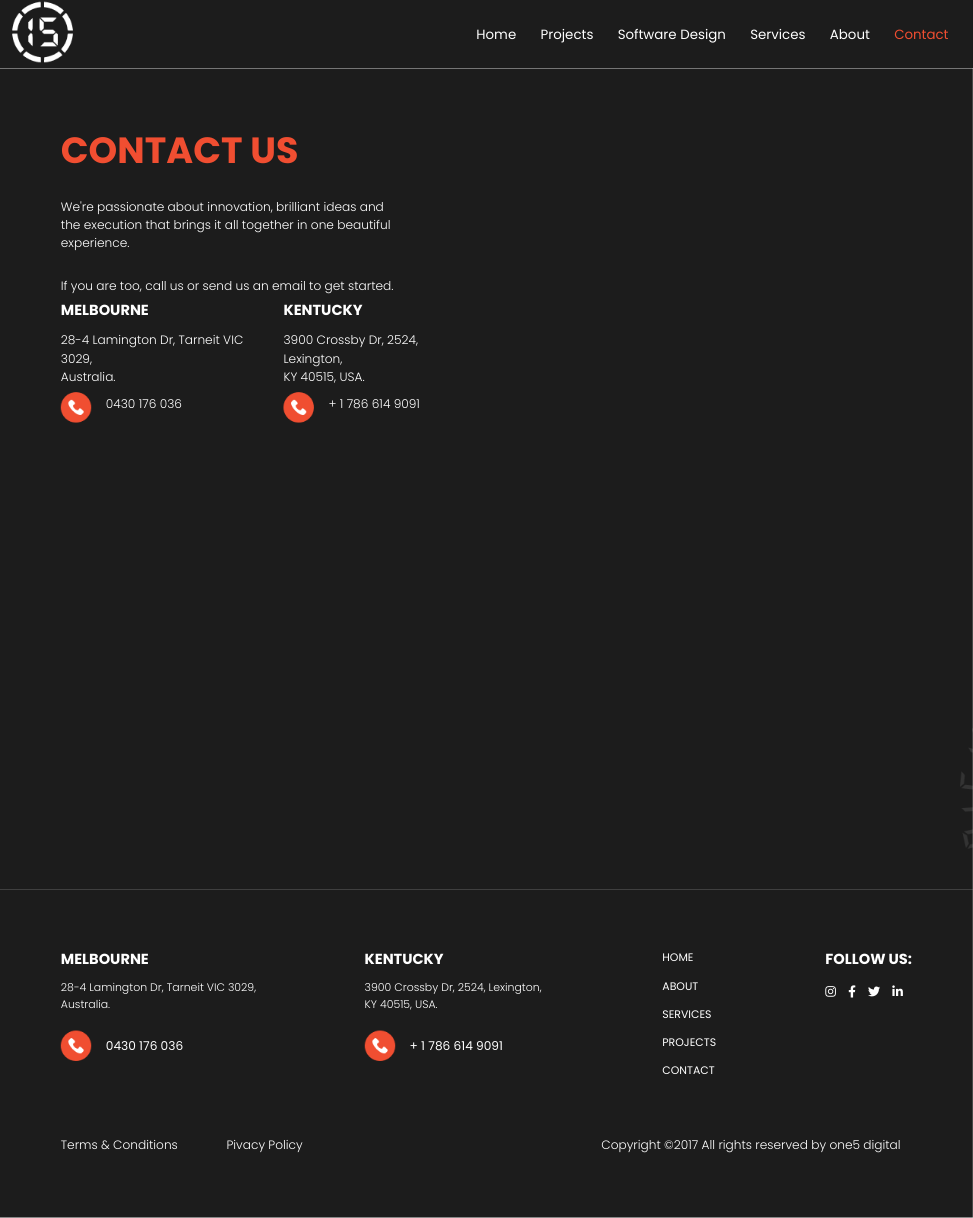
Repository: gopalpurohit54/one5
Page: /Contact
The author's editor kept a copy of each file at every save. The page is drawn from the files as they stood at one save, then again after the next save.
The browser window is 1280 px wide. The pictures show the whole page, at 76% of full size.
The project was rebuilt for these pictures with package versions that can differ from the ones it lists, and the page was loaded fresh each time. Also part of the build but not shown: src/components/Button.js, src/components/HeroSection.css, src/components/HeroSection.js, src/components/OurProjects.css, src/components/OurProjects.js, src/components/OurServices.js, src/components/AboutUs.css, src/components/AboutUs.js and 30 more.

Above is the page before, as saved 2021-06-22 14:08:30.

### src/index.css
@import url('https://fonts.googleapis.com/css2?family=Poppins:ital,wght@0,100;0,200;0,300;0,400;0,500;0,600;0,700;0,800;0,900;1,100;1,200;1,300;1,400;1,500;1,600;1,700;1,800;1,900&display=swap');

* {
  margin: 0;
  padding: 0;
  outline: none;
  font-family: 'Poppins', sans-serif;
  -webkit-font-smoothing: antialiased;
  -moz-osx-font-smoothing: grayscale;
}

code {
  font-family: source-code-pro, Menlo, Monaco, Consolas, 'Courier New',
    monospace;
}

.nav-item-active {
  color: #F04E31;
}

### src/components/App.js
import React from 'react';
import Header from '../components/Header';
import { BrowserRouter as Router, Switch, Route } from 'react-router-dom';
import './App.css';
import Home from '../components/Pages/Home';
import Footer from '../components/Footer';
import About from './Pages/About';
import Projects from './Pages/Projects';
import SoftwareDesign from './Pages/SoftwareDesign';
import Services from './Pages/Services';
import Contact from './Pages/Contact';

function App() {
  return (
    <Router>
      <Header />
      <Switch>
        <Route path='/' exact component= {Home} />
        <Route path='/About' exact component= {About} />
        <Route path='/Projects' exact component= {Projects} />
        <Route path='/SoftwareDesign' exact component= {SoftwareDesign} />
        <Route path='/Services' exact component= {Services} />
        <Route path='/Contact' exact component= {Contact} />
      </Switch>
      <Footer />
    </Router>
  );
}



export default App

### src/components/Header.js
import React, { useState, useEffect } from 'react';
import './Header.css';
import { NavLink } from 'react-router-dom';

function Header() {
    const [navbar, setHeader] = useState(false);

    const changeBackground = () => {
        console.log(window.scrollY)
    }

    window.addEventListener('scroll', changeBackground);

    return (
        <div className="header active">
            <div className="logo">
                <img src="./logo-white.png" />
            </div>
            <ul className="nav-items">
                <li className="nav-items"><NavLink exact to="/" className="nav-items" activeClassName="nav-item-active">Home</NavLink></li>
                <li className="nav-items"><NavLink exact to="/Projects" className="nav-items" activeClassName="nav-item-active">Projects</NavLink></li>
                <li className="nav-items"><NavLink exact to="/SoftwareDesign" className="nav-items" activeClassName="nav-item-active">Software Design</NavLink></li>
                <li className="nav-items"><NavLink exact to="/Services" className="nav-items" activeClassName="nav-item-active">Services</NavLink></li>
                <li className="nav-items"><NavLink exact to="/About" className="nav-items" activeClassName="nav-item-active">About</NavLink></li>
                <li className="nav-items"><NavLink exact to="/Contact" className="nav-items" activeClassName="nav-item-active">Contact</NavLink></li>
            </ul>
        </div>
    )
}

export default Header

### src/components/App.css

* {
    box-sizing: border-box;
    margin: 0;
    padding: 0;
    font-family: 'Poppins', sans-serif;
    /* background: #1c1c1c; */
  }

### src/components/Footer.js
import React from 'react';
import './Footer.css';
import { Link } from 'react-router-dom';

function Footer() {
    return (
        <div className="footer">
            <div className="footer-wrapper">
                <ul className="add-1">
                    <h6>MELBOURNE</h6>
                    <p>28-4 Lamington Dr, Tarneit VIC 3029, <br/> Australia.</p>
                    <div className="call"><img className="call-icon" src="./phone-icon.png" /> 0430 176 036 </div>
                </ul>
                <ul className="add-2">
                    <h6>KENTUCKY</h6>
                    <p>3900 Crossby Dr, 2524, Lexington, <br/> KY 40515, USA.</p>
                    <div className="call"><img className="call-icon" src="./phone-icon.png" /> + 1 786 614 9091 </div>
                </ul>
                <ul className="site-links">
                    <li><Link to="/" className="site-links">HOME</Link></li>
                    <li><Link to="/About" className="site-links">ABOUT</Link></li>
                    <li><Link to="/Services" className="site-links">SERVICES</Link></li>
                    <li><Link to="/Projects" className="site-links">PROJECTS</Link></li>
                    <li><Link to="/Contact" className="site-links">CONTACT</Link></li>
                </ul>
                <ul className="follow-us">
                    <h6>FOLLOW US:</h6>
                    <a className="social" href="#"><i class="fab fa-instagram"></i></a>
                    <a className="social" href="#"><i class="fab fa-facebook-f"></i></a>
                    <a className="social" href="#"><i class="fab fa-twitter"></i></a>
                    <a className="social" href="#"><i class="fab fa-linkedin-in"></i></a>
                </ul>
            </div>
            <div className="copyright">
                <div className="copy-left">
                    <p className="left-p1">Terms & Conditions</p>
                    <p className="left-p2">Pivacy Policy</p>
                </div>
                <div className="copy-right">
                    <p className="right-p">Copyright ©2017 All rights reserved by one5 digital</p>
                </div>
            </div>
        </div>
    )
}

export default Footer

### src/components/Pages/Contact.js
import React from 'react';
import '../App';
import ContactPage from '../ContactPage';

function Contact() {
    return (
            <React.Fragment>
                <ContactPage />
            </React.Fragment>
    )
}

export default Contact;

### src/components/Header.css
.header {
    background: transparent;
    color: white;
    display: flex;
    flex-direction: row;
    align-content: center;
    justify-content: space-between;
    align-items: center;
    padding: 1rem;
    position: sticky;
    top: 0;
    height: 90px;
}
.header.active {
    background: #1c1c1c;
}

.nav-items {
    display: flex;
    list-style: none;
    font-size:1.1rem;
    text-decoration: none;
    color: #fff;
}

li.nav-items{
    margin-bottom: 0;
}

li {
    padding-left: 1rem;
    padding-right: 1rem;
}

a.nav-items:hover {
    color: #F04E31;
    cursor: pointer;
}

.nav-item-active {
    color: #F04E31;
}

### src/components/Footer.css
.footer {
    padding: 5rem 5rem 1rem 5rem;
    background-color: #1c1c1c;
    height: 60vh;
    width: 100%;
    color: white;
}

.footer h6 {
    font-size: 1.2rem;
    line-height: 1.2;
    margin-bottom: 1rem;
}

.footer p {
    margin-bottom: 1.5rem;
    font-size: 1rem;
    line-height: 1.5;
    font-style: normal;
    font-weight: 300;
    padding-right: 15px;
}

.footer-wrapper {
    display: flex;
    flex: 1;
    flex-direction: row;
    align-content: center;
    justify-content: space-between;
    align-items: flex-start;
}

.add-1 p {
    font-size: 0.9rem;
}

.add-2 p {
    font-size: 0.9rem;
}

.call {
    display: flex;
    flex-direction: row;
    justify-content: flex-start;
    align-content: center;
    align-items: center;
}

.call:hover {
    color: #F04E31;
}

.follow-us p {
    font-size: 0.9rem;
}

i.fab.fa-instagram {
    padding: 0.5rem 0.5rem 0.5rem 0;
}

i.fab.fa-instagram:hover {
    color: #F04E31;
}

i.fab.fa-facebook-f {
    padding: 0.5rem;
}

i.fab.fa-facebook-f:hover {
    color: #F04E31;
}


i.fab.fa-twitter {
    padding: 0.5rem;
}

i.fab.fa-twitter:hover {
    color: #F04E31;
}


i.fab.fa-linkedin-in {
    padding: 0.5rem;
}

i.fab.fa-linkedin-in:hover {
    color: #F04E31;
}

img.call-icon {
    padding-right: 1.2rem;
}

.copyright {
    display: flex;
}

.copy-left {
    width: 50%;
    display: flex;
}

.copy-right {
    width: 50%;
}

p.left-p1 {
    margin-bottom: 0;
    padding-right: 4rem;
    line-height: 1;
    padding-top: 4rem;
}

p.left-p1:hover {
    color: #F04E31;
}

p.left-p2 {
    margin-bottom: 0;
    padding-right: 4rem;
    line-height: 1;
    padding-top: 4rem;
}

p.left-p2:hover {
    color: #F04E31;
}

p.right-p {
    margin-bottom: 0;
    line-height: 1;
    padding-top: 4rem;
    display: flex;
    justify-content: flex-end;
    align-content: center;
    align-items: center;
}

p.right-p:hover {
    color: #F04E31;
}

li {
    list-style: none;
    font-size: 0.9rem;
    margin-bottom: 1rem;
}

a.social{
    color: #fff;
}

.site-links {
    text-decoration: none;
    color: #fff;
}

.site-links:hover {
    color: #F04E31;
}

### src/components/ContactPage.js
import React from 'react';
import './ContactPage.css';

function ContactPage() {
    return (
        <div className="contactpage">
            <div className="con-left">
                <h1>CONTACT US</h1>
                <p>We're passionate about innovation, brilliant ideas and <br/>
                the execution that brings it all together in one beautiful <br/>
                experience.</p> <br/>
                <p>If you are too, call us or send us an email to get started.</p>
                <div className="con-wrapper">
                    <ul className="add-1">
                        <h6>MELBOURNE</h6>
                        <p>28-4 Lamington Dr, Tarneit VIC 3029, <br/> Australia.</p>
                        <div className="call"><img className="call-icon" src="./phone-icon.png" /> <p>0430 176 036</p> </div>
                    </ul>
                    <ul className="add-2">
                        <h6>KENTUCKY</h6>
                        <p>3900 Crossby Dr, 2524, Lexington, <br/> KY 40515, USA.</p>
                        <div className="call"><img className="call-icon" src="./phone-icon.png" /> <p>+ 1 786 614 9091</p> </div>
                    </ul>
                </div>
            </div>
            <div className="con-right">

            </div>
        </div>
    )
}

export default ContactPage

### src/components/OurServices.css
.our-services {
    padding: 5rem 5rem;
    height: 100vh;
    background-image: url('./assets/bg-white-mainpage.png');
}

.our-services h1 {
    margin-bottom: 2rem;
    font-size: 3rem;
    line-height: 1.2;
}

.our-services h6 {
    font-size: 1.2rem;
    line-height: 1.2;
    margin-bottom: 1rem;
}

p {
    margin-bottom: 1.5rem;
    font-size: 1rem;
    line-height: 1.5;
    font-style: normal;
    font-weight: 300;
    padding-right: 15px;
}

.service-wrapper {
    display: flex;
    flex: 1;
    margin-top: 3.5rem;
}

.service-1 p {
    font-size: 0.9rem;
}

.service-2 p {
    font-size: 0.9rem;
}

.service-3 p {
    font-size: 0.9rem;
}

.service-4 p {
    font-size: 0.9rem;
}

### src/components/Expertize.css
.expertize {
    padding: 5rem 5rem 5rem 0;
    height: 80vh;
    background-image: url('./assets/about-white.png');
    background-repeat: no-repeat;
    width: 100%;
    background-size: cover;
}

.expertize h1 {
    margin-bottom: 2rem;
    font-size: 3rem;
    line-height: 1.2;
    color: #000;
}

.expertize h6 {
    font-size: 1.2rem;
    line-height: 1.2;
    margin-bottom: 1rem;
    color: #000;
}

.expertize p {
    margin-bottom: 0.5rem;
    font-size: 1rem;
    line-height: 1.5;
    font-style: normal;
    font-weight: 300;
    padding-right: 15px;
    color: #000;
}

.exp-left{
    float: left;
    width: 50%;
}

.exp-right{
    float: right;
    width: 40%;
    align-content: flex-end;
}

.exp-img {
    height: 350px;
    margin-top: 2rem;
}

li.exp-items {
    color: #000;
    list-style: disc;
    font-size: 1rem;
}

::marker  {
    color: #F04E31;
}

### src/components/Solutions.css
.solutions {
    padding: 5rem 5rem;
    height: 100vh;
    background:#fff;
}

.solutions h1 {
    margin-bottom: 2rem;
    font-size: 3rem;
    line-height: 1.2;
}

.solutions h6 {
    font-size: 1.2rem;
    line-height: 1.2;
    margin-bottom: 1rem;
}

.solutions p {
    margin-bottom: 1.5rem;
    font-size: 1rem;
    line-height: 1.5;
    font-style: normal;
    font-weight: 300;
    padding-right: 15px;
}

.solution-wrapper {
    display: flex;
    flex: 1;
    margin-top: 3.5rem;
}

.solution-1 p {
    font-size: 0.9rem;
}

.solution-2 p {
    font-size: 0.9rem;
}

.solution-3 p {
    font-size: 0.9rem;
}

.solution-4 p {
    font-size: 0.9rem;
}

li.sol-items {
    color: #000;
    list-style: disc;
    font-size: 1rem;
}

::marker  {
    color: #F04E31;
}

ul.solution-1 {
    margin-right: 3rem;
    margin-left: 1rem;
}

ul.solution-2 {
    margin-right: 3rem;
}

ul.solution-3 {
    margin-right: 3rem;
}

### src/components/Benefits.css
.benefits {
    padding: 5rem 5rem;
    height: 100vh;
    background-image: url('./assets/ecombg.png');
    background-size: cover;
}

.benefits h1 {
    margin-bottom: 2rem;
    font-size: 3rem;
    line-height: 1.2;
    color: #fff;
}

.benefits h6 {
    font-size: 1.2rem;
    line-height: 1.2;
    margin-bottom: 1rem;
    margin-top: 1rem;
    color: #fff;
}

p {
    margin-bottom: 1.5rem;
    font-size: 1rem;
    line-height: 1.5;
    font-style: normal;
    font-weight: 300;
    padding-right: 15px;
    color: #fff;
}

.benefit-wrapper {
    display: flex;
    flex: 1;
    margin-top: 3.5rem;
}

.benefit-1 p {
    font-size: 0.9rem;
}

.benefit-2 p {
    font-size: 0.9rem;
}

.benefit-3 p {
    font-size: 0.9rem;
}

.benefit-4 p {
    font-size: 0.9rem;
}

.benefit-1, .benefit-2, .benefit-3, .benefit-4 {
    background-image: url(./assets/Ellipse-bg.png);
    background-size: cover;
    height: 260px;
    width: 260px;
    margin: 1rem;
    display: flex;
    flex-direction: column;
    align-content: center;
    justify-content: center;
    align-items: center;
    text-align: center;
}

.bene-desc {
    display: none;
}

h6.bene-hover {
    color: #F04E31;
    text-align: center;
}

p.hover-desc {
    font-size: 0.7rem;
    text-align: center;
}

.benefit-1:hover .bene-desc{
    display: block;
}

.benefit-1:hover .bene-visible{
    display: none;
}

.benefit-2:hover .bene-desc{
    display: block;
}

.benefit-2:hover .bene-visible{
    display: none;
}

.benefit-3:hover .bene-desc{
    display: block;
}

.benefit-3:hover .bene-visible{
    display: none;
}

.benefit-4:hover .bene-desc{
    display: block;
}

.benefit-4:hover .bene-visible{
    display: none;
}

### src/components/ContactPage.css
.contactpage {
    padding: 5rem;
    height: 150vh;
    background-image: url('./assets/contact-bg.png');
    background-repeat: no-repeat;
    width: 100%;
    background-size: cover;
}

.contactpage h1 {
    margin-bottom: 2rem;
    font-size: 3rem;
    line-height: 1.2;
    color: #F04E31;
}

.contactpage h6 {
    font-size: 1.2rem;
    line-height: 1.2;
    margin-bottom: 1rem;
    color: #fff;
}

.contactpage p {
    margin-bottom: 0.5rem;
    font-size: 1rem;
    line-height: 1.5;
    font-style: normal;
    font-weight: 300;
    padding-right: 15px;
    color: #fff;
}

.con-left{
    float: left;
    width: 50%;
}

.con-right{
    float: right;
    width: 40%;
}

.con-wrapper {
    display: flex;
}

### src/components/Button.css
:root {
    --primary: #F04E31;
}

.btn {
    padding: 8px 20px;
    border-radius: 30px;
    outline: none;
    border: none;
    cursor: pointer;
}

.btn--primary {
    background-color: var(--primary);
    color: #fff;
    border: 1px solid var(--primary);
}

.btn--outline {
    background-color: transparent;
    color: #F04E31;
    padding: 8px 20px;
    border: 1px solid var(--primary);
    transition: all 0.3s ease-out;
}


.btn--white {
    background-color: transparent;
    color: #fff;
    padding: 8px 20px;
    border: 1px solid #fff;
    transition: all 0.3s ease-out;
}

.btn--white:hover {
    background-color: #fff;
    color: #F04E31;
    transition: all 0.3s ease-out;
}

.btn--medium {
    padding: 8px 20px;
    font-size: 16px;
}

.btn--large {
    padding: 12px 26px;
    font-size: 16px;
}

.btn--medium:hover, .btn--large:hover {
    background: transparent;
    color: #F04E31;
    transition: all 0.3s ease-out;
}


.btn--outline:hover {
    background-color: #F04E31;
    color: #fff;
}

Loaded but not shown: public/index.html (common file); src/index.js (common file); src/reportWebVitals.js (common file)

After the next save:
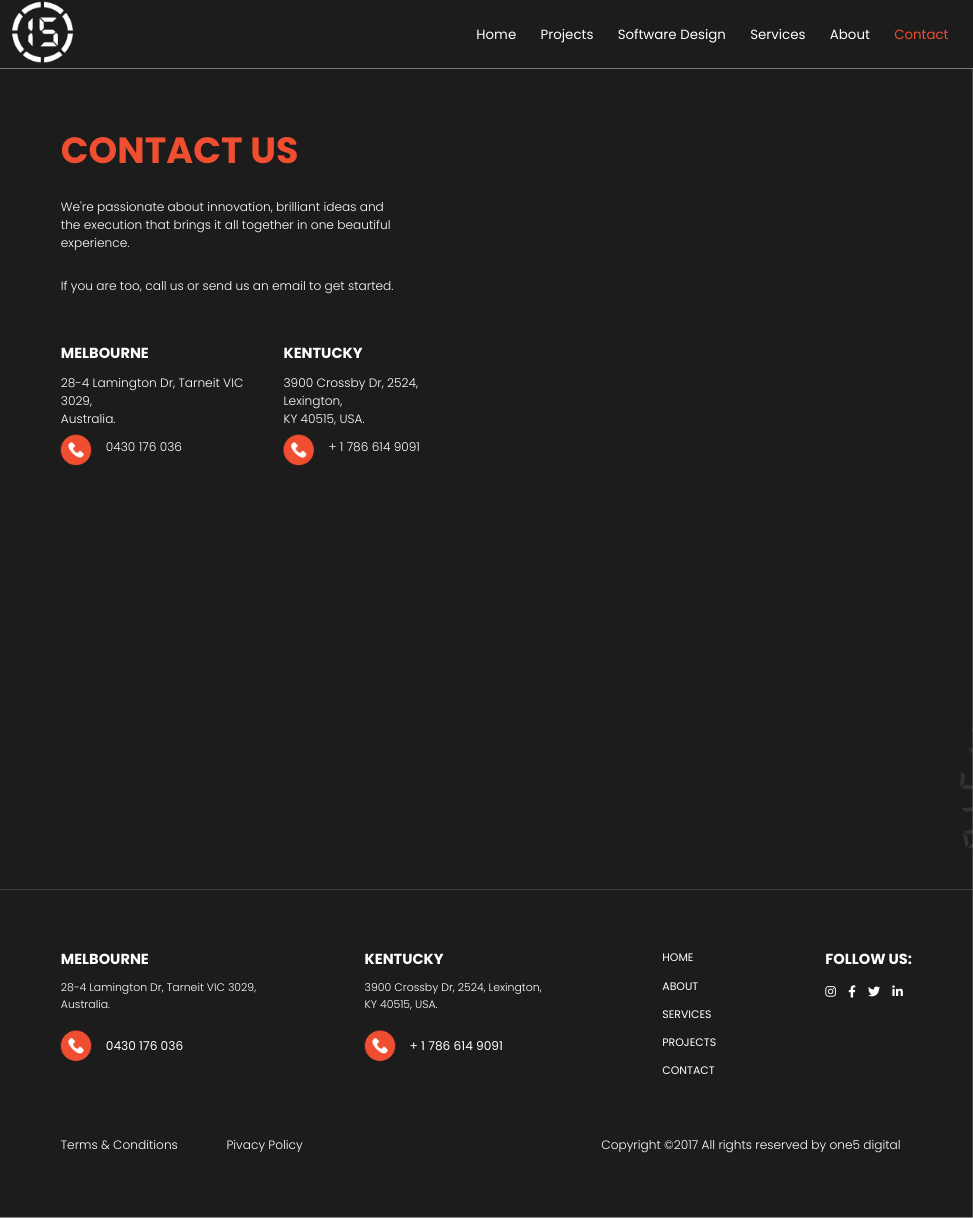
Saved 44 s later.
--- a/src/components/ContactPage.css
+++ b/src/components/ContactPage.css
@@ -43,4 +43,5 @@
 
 .con-wrapper {
     display: flex;
+    margin-top: 4rem;
 }
